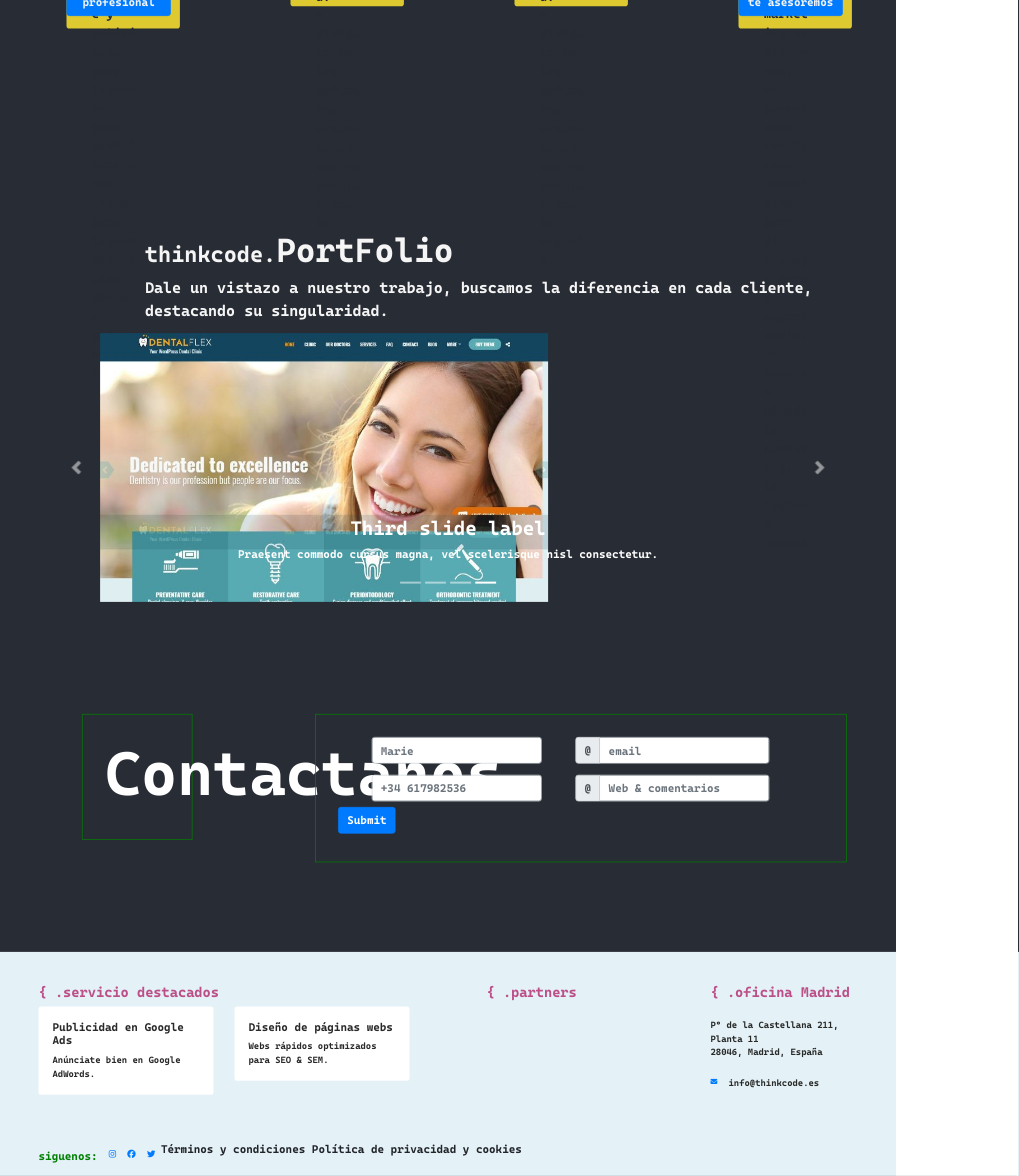
Repository: banchiec/thinkcode
Page: /
These files come from the project's save history. The page is drawn as it stood at one moment and after the next save; the edit follows.
The browser window is 1280 px wide. The page is 1455 px wide, so the pictures cover 1455 px, including what lies to the right of the window. The pictures show the part of the page from y = 1907 to 3587 px (the page is 3587 px tall), at 70% of full size.
Some web libraries are served in a nearby version. The project was rebuilt for these pictures with package versions that can differ from the ones it lists, and the page was loaded fresh each time. A package was used in the major version that the imports need, not the one package.json lists. Also part of the build but not shown: src/components/MenuItems.js, src/components/Dropdownthink.css, src/components/Dropdownthink.js, src/components/pages/Consulting.js, src/components/pages/ContactUs.js, src/components/pages/Marketing.js, src/components/pages/Products.js, src/components/pages/Services.js and 1 more. Imported but missing from the stored project, and not drawn on this page: src/components/sliderInfo/SliderInfo.

Above is the page before, as saved 2020-11-30 14:57:37.

### public/index.html
<!DOCTYPE html>
<html lang="en">
  <head>
    <meta charset="utf-8" />
    <link rel="icon" href="%PUBLIC_URL%/favicon.ico" />
    <meta name="viewport" content="width=device-width, initial-scale=1" />
    <meta name="theme-color" content="#000000" />
    <meta
      name="description"
      content="Web site created using create-react-app"
    />
    <link rel="apple-touch-icon" href="%PUBLIC_URL%/logo192.png" />

    <!-- fontawesome -->
    <script src="https://kit.fontawesome.com/e7a02c1b14.js" crossorigin="anonymous"></script>
    <!-- jquery -->
    <script src="https://code.jquery.com/jquery-2-2.0.min.js"></script>
    <!--
      manifest.json provides metadata used when your web app is installed on a
      user's mobile device or desktop. See https://developers.google.com/web/fundamentals/web-app-manifest/
    -->
    <link rel="manifest" href="%PUBLIC_URL%/manifest.json" />
    <!--
      Notice the use of %PUBLIC_URL% in the tags above.
      It will be replaced with the URL of the `public` folder during the build.
      Only files inside the `public` folder can be referenced from the HTML.

      Unlike "/favicon.ico" or "favicon.ico", "%PUBLIC_URL%/favicon.ico" will
      work correctly both with client-side routing and a non-root public URL.
      Learn how to configure a non-root public URL by running `npm run build`.
    -->
    <title>React App</title>
  </head>
  <body>
    <noscript>You need to enable JavaScript to run this app.</noscript>
    <div id="root"></div>
    <!--
      This HTML file is a template.
      If you open it directly in the browser, you will see an empty page.

      You can add webfonts, meta tags, or analytics to this file.
      The build step will place the bundled scripts into the <body> tag.

      To begin the development, run `npm start` or `yarn start`.
      To create a production bundle, use `npm run build` or `yarn build`.
    -->


  </body>
</html>

### src/index.css
body {
  margin: 0;
  font-family: -apple-system, BlinkMacSystemFont, 'Segoe UI', 'Roboto', 'Oxygen',
    'Ubuntu', 'Cantarell', 'Fira Sans', 'Droid Sans', 'Helvetica Neue',
    sans-serif;
  -webkit-font-smoothing: antialiased;
  -moz-osx-font-smoothing: grayscale;
}

code {
  font-family: source-code-pro, Menlo, Monaco, Consolas, 'Courier New',
    monospace;
}
@font-face{
  font-family: 'CascadiaCode-Bold';
  src: local('CascadiaCode-Bold'), url(./fonts/CascadiaCode-Bold.ttf)
}

### src/App.js
import './App.css';
// import logo_thinkcode from './logo_thinkcode.png'
import React, {} from 'react'
import 'animate.css'
import Navbarthink from './components/Navbarthink'
import InfoSection from './components/infoSection/InfoSection'
import Pricing from './components/pricing/Pricing'
import Footer from './components/footer/Footer'
import Slide from './components/slide/Slide'
import FormContact from './components/forms/FormContact'
import {BrowserRouter as Router, Switch, Route} from 'react-router-dom'


// import Button  from 'react-bootstrap/Button'
// import 'bootstrap/dist/css/bootstrap.min.css'

// import {Navbar,Button, Nav , NavLink} from 'react-bootstrap'

import Consulting from './components/pages/Consulting'
import ContactUs from './components/pages/ContactUs'
import Home from './components/pages/Home'
import Marketing from './components/pages/Marketing'
import Products from './components/pages/Products'
import Services from './components/pages/Services'
import SignUp from './components/pages/SignUp'
// import InfoSection from './components/infoSection/InfoSection';

function App() {

  // const [click, setClick] = useState(false)
  // const [dropdown, setDropdown] = useState(false)




  return (
    <div className="App">
      <Router>
        <Navbarthink/>
        <Switch>
          <Route path='/consulting' exact component ={Consulting}></Route>
          <Route path='/contact-us' exact component ={ContactUs}></Route>
          <Route path='/' exact component ={Home}></Route>
          <Route path='/marketing' exact component ={Marketing}></Route>
          <Route path='/products' exact component ={Products}></Route>
          <Route path='/services' exact component ={Services}></Route>
          <Route path='/sign-up' exact component ={SignUp}></Route>
        </Switch>
        <InfoSection></InfoSection>
        <Pricing></Pricing>
        <Slide/>
        <FormContact></FormContact>
        <Footer/>
      </Router>

    </div>
  );
}

export default App;

### src/App.css
*{
  box-sizing: border-box;
  margin: 0;
  padding: 0;
  font-family: CascadiaCode-Bold;
  /* background: #282c34 ; */
  /* background: linear-gradient(90deg, rgb(76, 80, 88) 100%, rgb(8, 8, 9) 0%); */
}

.App {
  text-align: center;
  background: #282c34 ;
}

.App-logo {
  height: 40vmin;
  pointer-events: none;
}

.home, .services, .products,.contact-us,.sign-up, .marketing, .consulting{
  display: flex;
  height: 90vh;
  align-items: center;
  justify-content: center;
  font-size: 3rem;
}





@media (prefers-reduced-motion: no-preference) {
  .App-logo {
    animation: App-logo-spin infinite 20s linear;
  }
}

.App-header {
  background-color: #282c34;
  min-height: 100vh;
  display: flex;
  flex-direction: column;
  align-items: center;
  justify-content: center;
  font-size: calc(10px + 2vmin);
  color: white;
}

.App-link {
  color: #61dafb;
}

@keyframes App-logo-spin {
  from {
    transform: rotate(0deg);
  }
  to {
    transform: rotate(360deg);
  }
}

### src/components/Navbarthink.js
import React, { useState} from 'react'
import logo_thinkcode from '../images/logo_thinkcode.png'
// import logo_thinkcode from '../images/logo_thinkcode.png'
import { Buttonthink} from './Buttonthink'
import {Link} from 'react-router-dom'
import './Navbarthink.css'
import Dropdownthink from './Dropdownthink'

export default function Navbarthink(){
    const [click, setClick] = useState(false)
    const [dropdown, setDropdown] = useState(false)

    const handleClick = () => setClick(!click)
    const closeMobileMenu = () => setClick(false)

    const onMouseEnter = () =>{
        if(window.innerWidth < 960) {
        setDropdown(false)
        } else {
        setDropdown(true)
        }
    }
    const onMouseLeave = () =>{
        if(window.innerWidth < 960) {
        setDropdown(false)
        } else {
        setDropdown(false)
        }
    }

    return(
        <>
            <nav className="navbarthink">
                <Link to='/' className="navbar-logo">
                    {/* thinkcode */}
                    <img alt="" src={logo_thinkcode} width="300" height="40"></img>
                </Link>
                <div className='menu-icon' onClick={handleClick}>
                    <i className={click ? 'fas fa-times' : 'fas fa-bars'}
                    />
                </div>
                <ul className={ click ? 'nav-menu active' : 'nav-menu'}>

                    <li className='nav-item'>
                        <Link to='/' className='nav-links' onClick={closeMobileMenu}>
                            Home
                        </Link>
                    </li>
                    <li className='nav-item'
                        onMouseEnter={onMouseEnter}
                        onMouseLeave={onMouseLeave}
                        // onClick={handleClick}
                        >
                        <Link to='/services' className='nav-links' onClick={closeMobileMenu}>
                           Services
                           <i className='fas fa-caret-down' />
                        </Link>
                        {dropdown && <Dropdownthink/>}
                    </li>
                    <li className='nav-item'>
                        <Link to='/products' className='nav-links' onClick={closeMobileMenu}>
                            Products
                        </Link>
                    </li>
                    <li className='nav-item'>
                        <Link to='/contact-us' className='nav-links' onClick={closeMobileMenu}>
                           Contact Us
                        </Link>
                    </li>
                    <li className='nav-item'>
                        <Link to='/sign-up' className='nav-links-mobile' onClick={closeMobileMenu}>
                           Sign up
                        </Link>
                    </li>

                </ul>
                <Buttonthink />
            </nav>
        </>
    )

}

### src/components/forms/FormContact.js
import React from 'react'
import './FormContact.css'
import { Container, Col, Row, Form, InputGroup,Button, FormControl } from 'react-bootstrap'

export default function FormContact() {
    return (
        <div>
            <Container >
                <Row>
                    <Col lg ={4} md={4}>
                        <div className="text-contactanos text-white">
                           <h1 className= "display-2">Contactanos</h1>
                        </div>
                    </Col>
                    <Col lg={8} className ="container-form" md={8}>
                        <Form inline>
                            <Form.Label htmlFor="inlineFormInputName2" className="" srOnly>
                                Name
                            </Form.Label>
                            <Form.Control
                                className="mb-2 mr-sm-5 ml-5"
                                id="inlineFormInputName2"
                                placeholder="Marie"
                            />
                            <Form.Label htmlFor="inlineFormInputGroupUsername2" srOnly>
                                email
                            </Form.Label>
                            <InputGroup className="mb-2 mr-sm-2">
                                <InputGroup.Prepend>
                                <InputGroup.Text>@</InputGroup.Text>
                                </InputGroup.Prepend>
                                <FormControl id="inlineFormInputGroupUsername2" placeholder="email" />
                            </InputGroup>
                        </Form>
                        <Form inline>
                            <Form.Label htmlFor="inlineFormImputName3" srOnly>
                                phone
                            </Form.Label>
                            <Form.Control
                                className="ml-5 "
                                id="inlineFormImputName3"
                                placeholder="+34 617982536"
                            />
                            <Form.Label htmlFor="inlineFormInputGroupUsername3" srOnly>
                                Web & comentarios
                            </Form.Label>
                            <InputGroup className="mb-2 mt-2 mr-sm-2 ml-5">
                                <InputGroup.Prepend>
                                <InputGroup.Text>@</InputGroup.Text>
                                </InputGroup.Prepend>
                                <FormControl id="inlineFormInputGroupUsername3" placeholder="Web & comentarios" />
                            </InputGroup>
                            <Button type="submit" className="mb-2">
                                Submit
                            </Button>

                        </Form>
                    </Col>
                </Row>

            </Container>

        </div>
    )
}

### src/components/pages/Home.js
import React,{useEffect} from 'react'
import '../sliderInfo/SliderInfo'

export default function Home() {

    useEffect(()=>{
    })
    return (
        <div>
            {/* <InfoSection></InfoSection> */}
            {/* <Pricing></Pricing> */}
            {/* <Slide/> */}
            {/* <Footer/> */}

           {/* <h1 className='consulting' >Thinkcode</h1> */}
        </div>
    )
}

### src/components/Buttonthink.js
import React  from 'react'
import './Buttonthink.css'
import {Link} from 'react-router-dom'

export function Buttonthink() {
        return (
            <Link to ='sing-up'>
               <button className='btnthink'>Sign think </button>
            </Link>
        )
}

### src/components/Navbarthink.css
.navbarthink{
  /* background: linear-gradient(9deg, rgb(66, 80, 88) 0%, rgb(8, 8, 9) 100%); */
  background: #282c34;

  height: 80px;
  display: flex;
  justify-content: center;
  align-items: center;
  font-size: 1.2rem;
}

.navbar-logo {
  color: #fff;
  justify-self: start;
  margin-left: 40px;
  cursor: pointer;
  text-decoration: none;
}

.fa-firstdraft {
  margin-left: 0.5rem;
  font-size: 1.6rem;
}

.nav-menu {
  display: grid;
  grid-template-columns: repeat(5, auto);
  grid-gap: 10px;
  list-style: none;
  text-align: center;
  width: 70vw;
  justify-content: end;
  margin-right: 2rem;
}

.nav-item {
  display: flex;
  align-items: center;
  height: 80px;
}

.nav-links {
  color: white;
  text-decoration: none;
  padding: 0.5rem 1rem;
}

.nav-links:hover {
  background-color: #1888ff;
  border-radius: 4px;
  transition: all 0.2s ease-out;
}

.fa-bars {
  color: #fff;
}

.nav-links-mobile {
  display: none;
}

.menu-icon {
  display: none;
}

@media screen and (max-width: 960px) {
  /* .text-propuesta {
    margin-top: 12rem;
  } */

  .fa-caret-down {
    display: none;
  }
  .NavbarItems {
    position: relative;
  }

  .nav-menu {
    display: flex;
    flex-direction: column;
    width: 100%;
    height: 90vh;
    position: absolute;
    top: 80px;
    left: -100%;
    opacity: 1;
    transition: all 0.9s ease;
  }

  .nav-menu.active {
    background: #2a2c30;
    left: 0;
    opacity: 1;
    transition: all 0.5s ease;
    z-index: 1;
  }

  .nav-links {
    text-align: center;
    padding: 2rem;
    width: 100%;
    display: table;
  }

  .nav-links:hover {
    background-color: #1888ff;
    border-radius: 0;
  }

  .navbar-logo {
    position: absolute;
    top: 0;
    left: 0;
    transform: translate(25%, 50%);
  }

  .menu-icon {
    display: block;
    position: absolute;
    top: 0;
    right: 0;
    transform: translate(-100%, 60%);
    font-size: 1.8rem;
    cursor: pointer;
  }

  .fa-times {
    color: #fff;
    font-size: 2rem;
  }

  .nav-links-mobile {
    display: block;
    text-align: center;
    padding: 1.5rem;
    margin: 2rem auto;
    border-radius: 4px;
    width: 80%;
    background: #1888ff;
    text-decoration: none;
    color: #fff;
    font-size: 1.5rem;
  }

  .nav-links-mobile:hover {
    background: #fff;
    color: #1888ff;
    transition: 250ms;
  }

  button {
    display: none;
  }
}

### src/components/infoSection/infoSection.css
.content-infoSection {
    /* padding: 0; */
    margin-top: 150px;
    background: #282c34 ;
    height: 700px;
    /* border: 1px solid rebeccapurple; */
}
.content-text-infoSection {
    margin-left: 12rem;
    margin-top: 8rem;
    text-align: start;
    /* border: 0; */
    /* padding: 0; */
    /* border: 1px solid whitesmoke; */
    color: whitesmoke;
}
.imagensvg-infoSection {
    padding: 0;
    /* border-right: 5px; */
    width: 800px;

}
.text-title-infoSection{
    font-size: 3rem;
    /* size: 12px; */
}
.text-infoSection {
    font-size: 22px;
}
@media screen and (max-width: 960px) {
    .content-infoSection {
        margin-top: 0px;
    }
    .text-infoSection{
        margin-top: 3rem;
        margin-left: 1rem;
        margin-right: 1rem;
    }
    .imagensvg-infoSection{
        margin-top: 5rem;
        width: 500px;
    }
    .content-text-infoSection {
        margin-left: 1rem;
    }
    .text-propuesta {
        margin-top: 15rem;
    }

}

### src/components/pricing/Pricing.css
.container-pricing {
    /* background-color: whitesmoke; */
    /* border: 1px solid white; */
    /* height:  800px; */
    background: linear-gradient(90deg, rgb(76, 80, 88) 100%, rgb(66, 66 66) 0%);
    /* z-index: -1; */
}
.container-card{
    padding-top: 4rem;
    align-content: center;
    padding: auto;
    text-align: start;
    /* height: 600px; */
    /* background-color: violet; */
    /* color: transparent; */
}
.card-pricing {
    /* width: 34rem; */
    margin-left: 5rem;
    background: #deca30;
    /* background: #3b4454; */
    /* background: linear-gradient(90deg, rgb(224, 242, 241) 0%, rgb(255, 255, 255) 100%); */
    margin-right: 3rem;
    height: 52rem;
}
.card-left {
    margin-top: 4rem;
}
.card-right {
    margin-top: 4rem;
}
.card-button {
    /* margin-top: 3rem; */
    /* margin-left: 13rem; */
    position: absolute;
    right: 13px;
    bottom: 18px;
    color: whitesmoke;
}
.text-card {
    padding-top: 1.5rem;
    padding-left: 1rem;
    padding-right: 2.5rem;
    color: #282c34;
    font-size: 18px;
}
.image-pricing {
    height: 15rem;
    width: 80%;
    align-self: center;
}
.title-card {
    /* padding-top: 0.2rem; */
    padding-left: 1rem;
    color: #282c34;
    font-size: 28px;
}
.text-propuesta {
    margin: 0 0.5rem;
    animation: bounce;
    animation-duration: 2s;
    color: whitesmoke;
    font-size: 3rem;
}

@media screen and (max-width: 960px){
    .text-propuesta{
        margin-top: 12rem;
    }
}

### src/components/footer/Footer.css
.container-footer {
    border: 0;
    /* padding: 0; */
    /* border: 1px solid green; */
    height: auto;
    background: #e4f1f7;
}
.card{
    /* padding-bottom: 22px; */
    border: 0;
    /* background: white; */
    text-align: left;
    font-size: small;
    width: auto;
    /* background: #deca30; */
}
.card-footer {
    padding-top: 10px;
    padding-bottom: 22px;
    border: 0;
    color: #282a28;
    background: #e4f1f7;
}
.text-card-footer  {
    padding: 0;
    margin-top: 1.5rem;
    font-size: small;
    text-align: start;
}
.title-footer{
    text-align: left;
    font-size: medium;
}
.title-card-footer {
    margin-top: 1rem;
    text-align: left;
    color: #bc4f88;
}
.pin-ic{
    margin-top: 12px;
    margin: 8px;
    position:center;
}

.pin-ic-enveloped{
    margin-top: 12px;
    /* margin: 8px; */
    margin-right: 1rem;
    position:center;
}
.iconos-redes-sociales{
    position: relative;
    margin-left: 2.5rem;
}
.text-siguenos{
    margin-top: 10px;
    margin-right: 8px;
    color: green;

}

### src/components/slide/Slide.css
.container-slider {
    margin-top: 10rem;
    border-top: 5rem;
    margin-bottom: 5rem;
}
.d-block {
    margin-left: 8rem;
    width: 40rem;
    height: 24rem;
    /* border:1px solid green; */
}

.container-secundary-slider .d-block {
    width: 20rem;
    height: 12rem;
    margin-left: 2rem;


}
.carousel-large {
    width: 100%;
}
@media screen and (max-width: 960px) {
    .d-block {
        margin-left: auto;
    }

}

### src/components/forms/FormContact.css
.container-form {
    border:1px solid green;
    /* margin: 5rem; */
    margin-top: 5rem;
    margin-bottom: 8rem;
    padding: 2rem;

    /* margin-left: 10rem; */
}
.text-contactanos {
    border: 1px solid green;
    padding: 2rem;
    margin-right: 10rem ;
    margin-left: 2rem;
    margin-top: 5rem;
    font-size: 4rem;

}

### src/components/Buttonthink.css
:root{
    --primary: #1888ff;
}
.btnthink{
    padding: 8px 20px;
    border-radius: 4px;
    outline: none;
    border: none;
    font-size: 18px;
    color: #fff;
    cursor: pointer;
    background-color: var(--primary);
}
.btnthink:hover {
    padding: 6px 18px;
    transition: all 1.5s ease-out;
    background-color: transparent;
    color: #2a2a2a;
    border-radius: 4px;
    border: 2px solid var(--primary)
}

Loaded but not shown: src/index.js (common file); src/components/footer/Footer.js (102 lines, source omitted); src/components/pricing/Pricing.js (84 lines, source omitted); src/components/slide/Slide.js (84 lines, source omitted); src/components/infoSection/InfoSection.js (63 lines, source omitted)

After the next save:
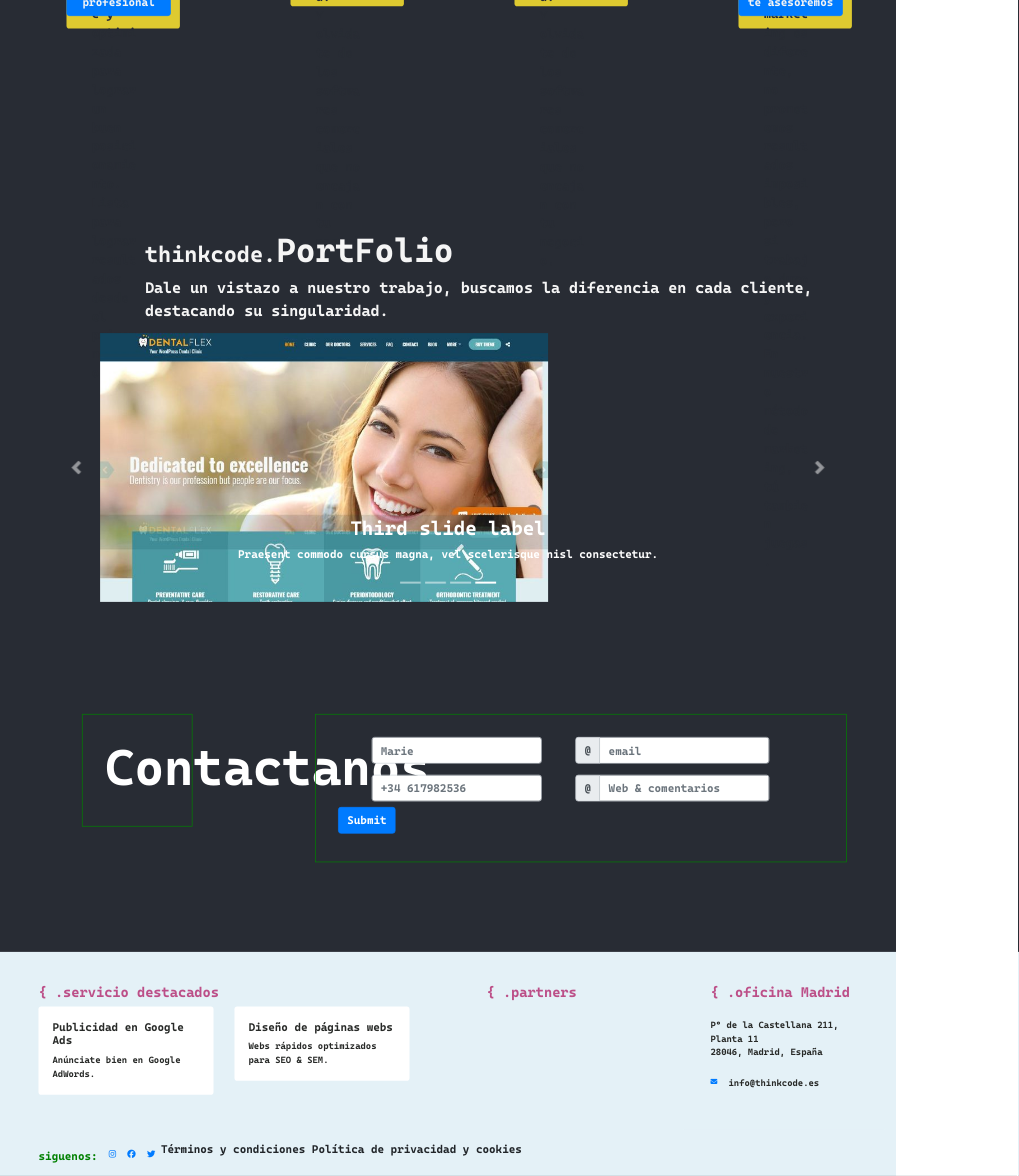
Saved 7 s later.
--- a/src/components/forms/FormContact.js
+++ b/src/components/forms/FormContact.js
@@ -9,7 +9,7 @@ export default function FormContact() {
                 <Row>
                     <Col lg ={4} md={4}>
                         <div className="text-contactanos text-white">
-                           <h1 className= "display-2">Contactanos</h1>
+                           <h1 className= "display-3">Contactanos</h1>
                         </div>
                     </Col>
                     <Col lg={8} className ="container-form" md={8}>
